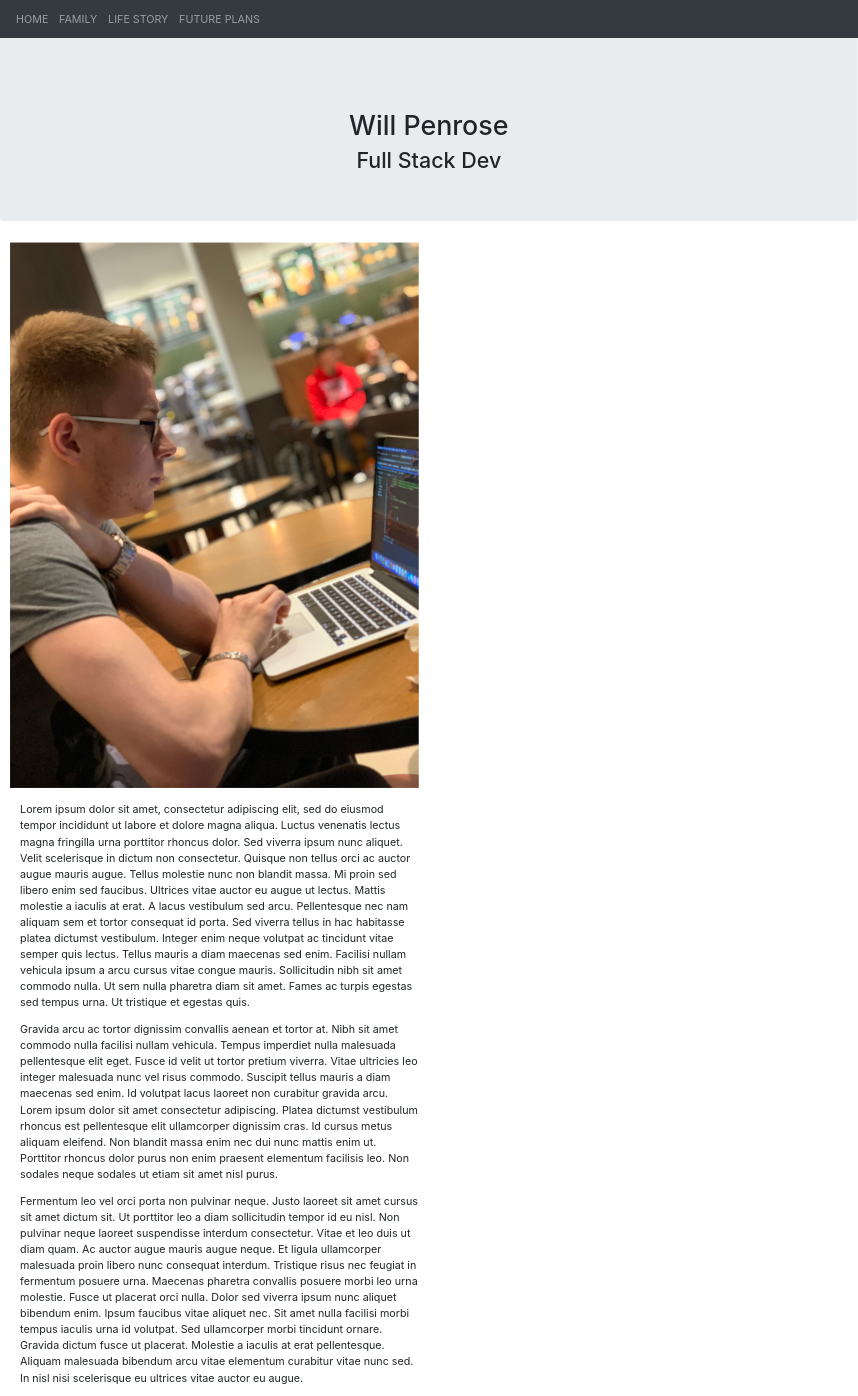
Repository: Code-Institute-Submissions/user-centric-frontend-dev-milestone-project
Page: index.html
The author's editor kept a record of every edit. The page is drawn from the files as they stood at one moment, then again after the next edit.
The browser window is 1280 px wide. The pictures show the whole page, at 67% of full size.

Above is the page before.

After the next edit:
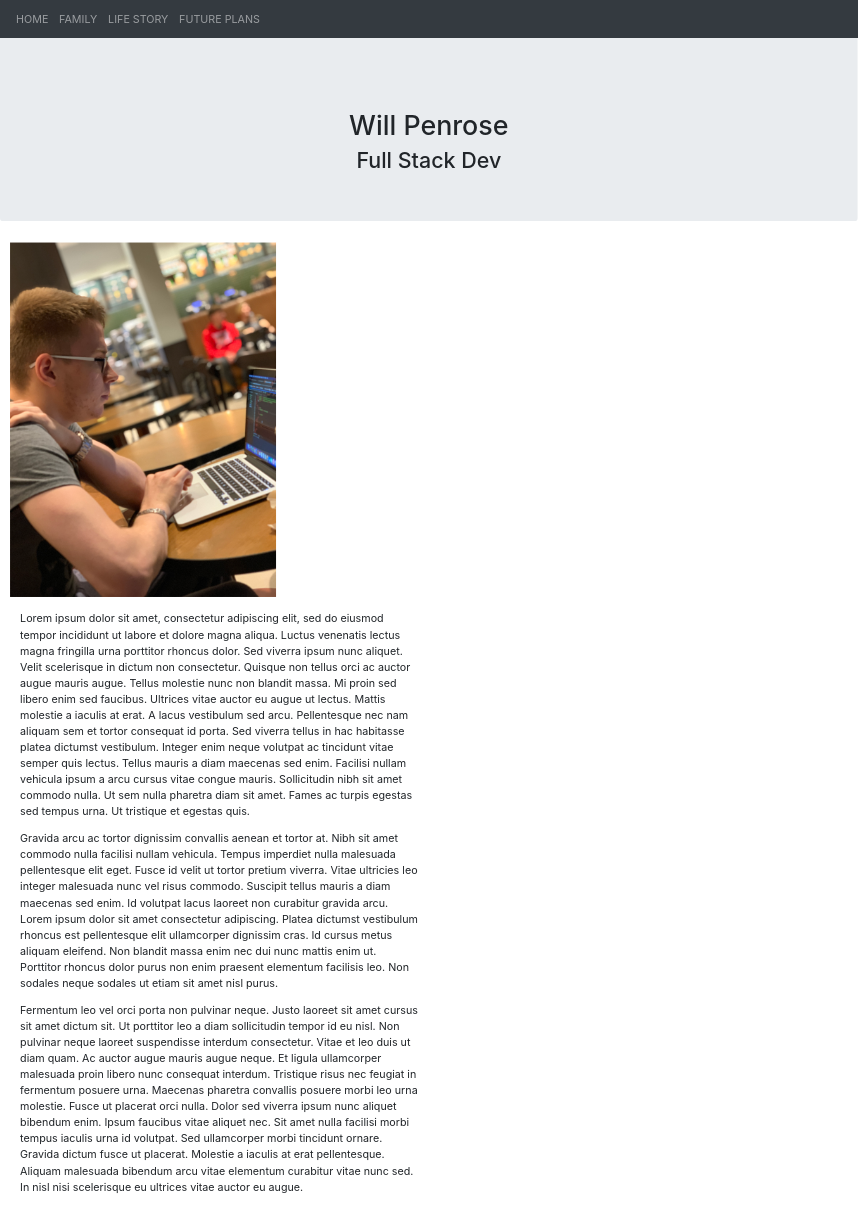
The edit:
--- a/index.html
+++ b/index.html
@@ -52,7 +52,7 @@
     <section>
         <div class="container-fluid">
             <div class="row">
-                <div class="col-sm-12 col-md-12 col-lg-6">
+                <div class="col-sm-12 col-md-12 col-lg-4">
                     <img src="assets/images/will.jpg" class="image"></img>
                 </div>
             </div>

After the edit that followed:
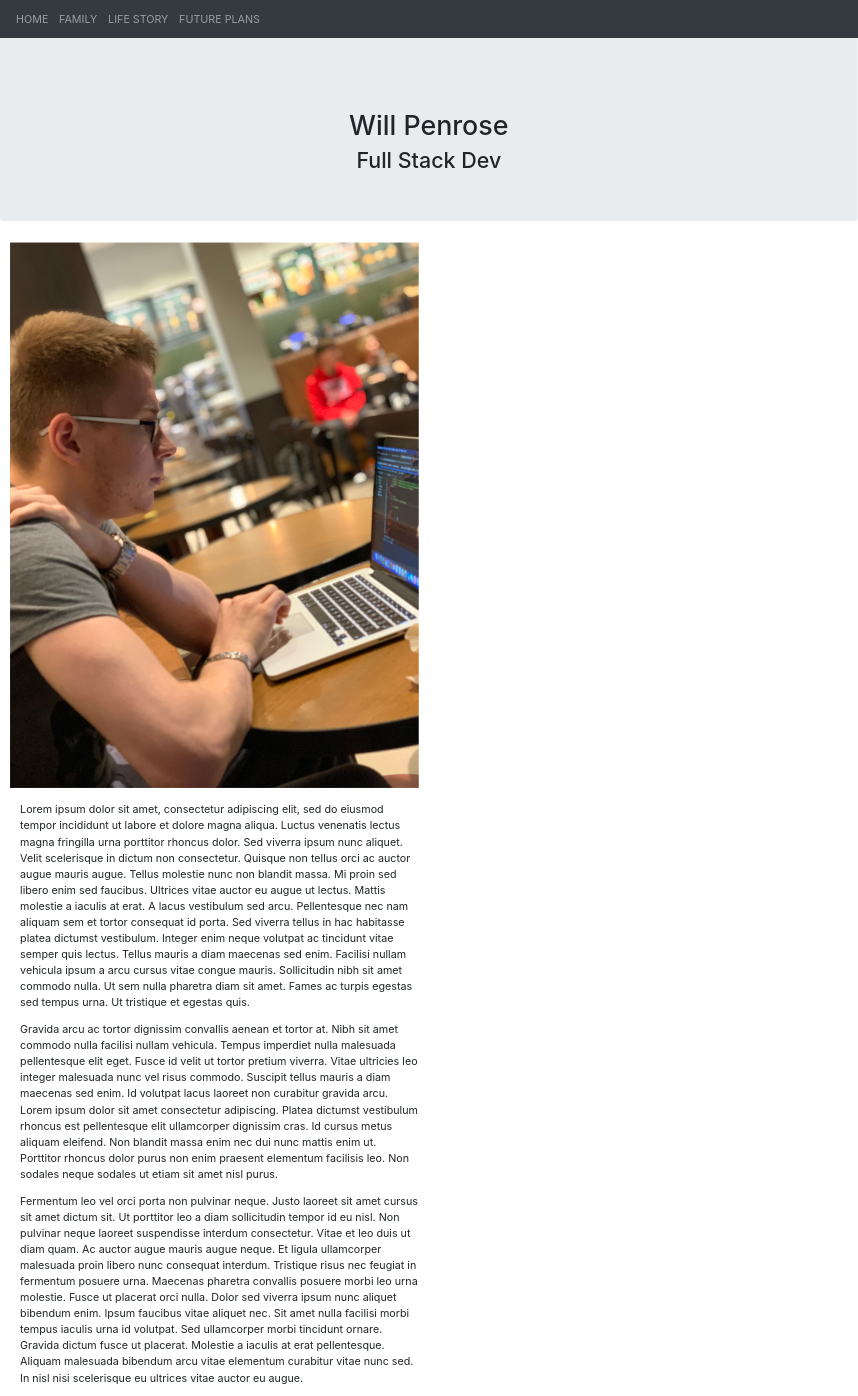
The edit:
--- a/index.html
+++ b/index.html
@@ -52,7 +52,7 @@
     <section>
         <div class="container-fluid">
             <div class="row">
-                <div class="col-sm-12 col-md-12 col-lg-4">
+                <div class="col-sm-12 col-md-12 col-lg-6">
                     <img src="assets/images/will.jpg" class="image"></img>
                 </div>
             </div>
